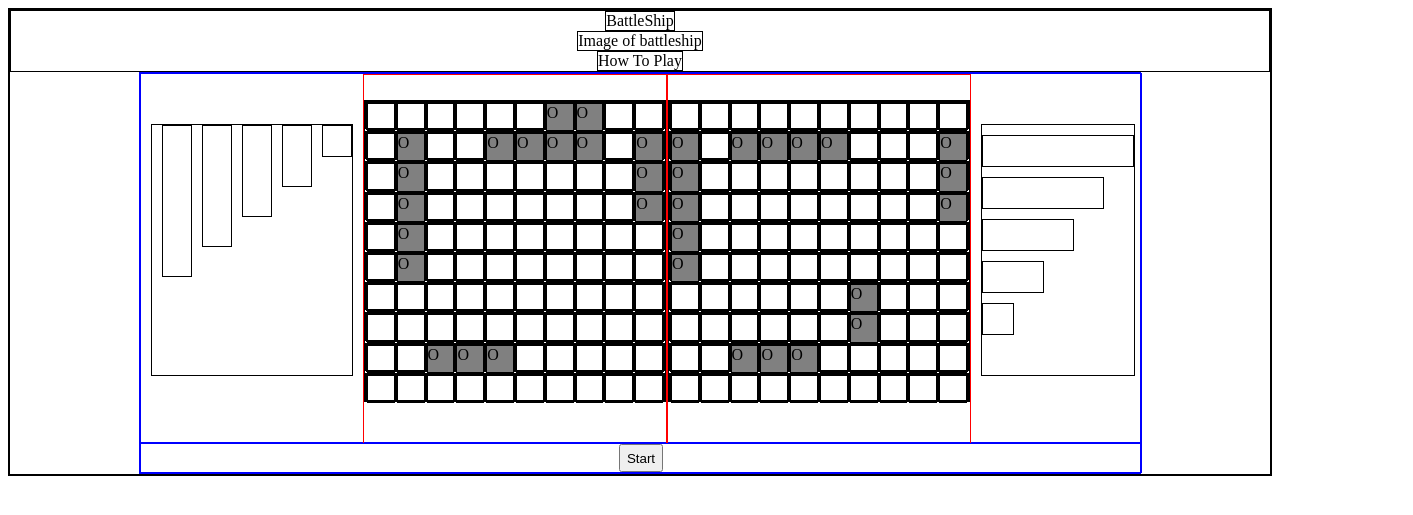
Repository: J-Haze/BattleshipApp
Page: /
The author's editor kept a copy of each file at every save. The page is drawn from the files as they stood at one save, then again after the next save.
The browser window is 1280 px wide. The page is 1280 px wide, then 1413 px, so the pictures cover 1413 px, including what lies to the right of the window. The pictures show the whole page.
The project was rebuilt for these pictures with package versions that can differ from the ones it lists, and the page was loaded fresh each time. Also part of the build but not shown: src/index.css.

Above is the page before, as saved 2020-09-23 20:42:39.

After the next save:
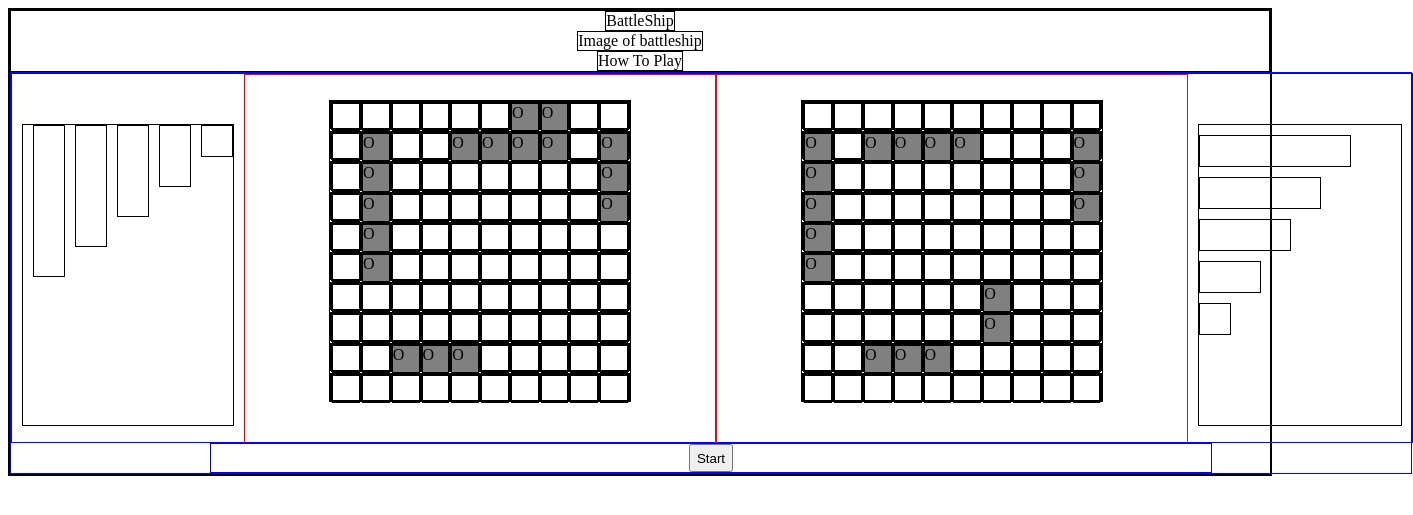
Saved 6 min 39 s later.
--- a/src/App.css
+++ b/src/App.css
@@ -23,7 +23,7 @@ div {
 }
 
 #game{
-    width: 1000px;
+    width: 1400px;
     height: 400px;
     display: flex;
     flex-direction: column;
@@ -98,7 +98,7 @@ div {
 
 #top-row{
     display: flex;
-    width: 1000px;
+    width: 1400px;
     height: 400px;
     border: 1px solid blue;
     margin-left: auto;
@@ -120,8 +120,8 @@ div {
 }
 
 .fleet-horizontal{
-    height: 250px;
-    width: 200px;
+    height: 300px;
+    width: 300px;
     margin-top: 50px;
     margin-left: 10px;
     margin-right: 10px;
@@ -154,8 +154,8 @@ div {
 
 .fleet-vertical{
     display: flex;
-    height: 250px;
-    width: 200px;
+    height: 300px;
+    width: 300px;
     margin-top: 50px;
     margin-left: 10px;
     margin-right: 10px;
